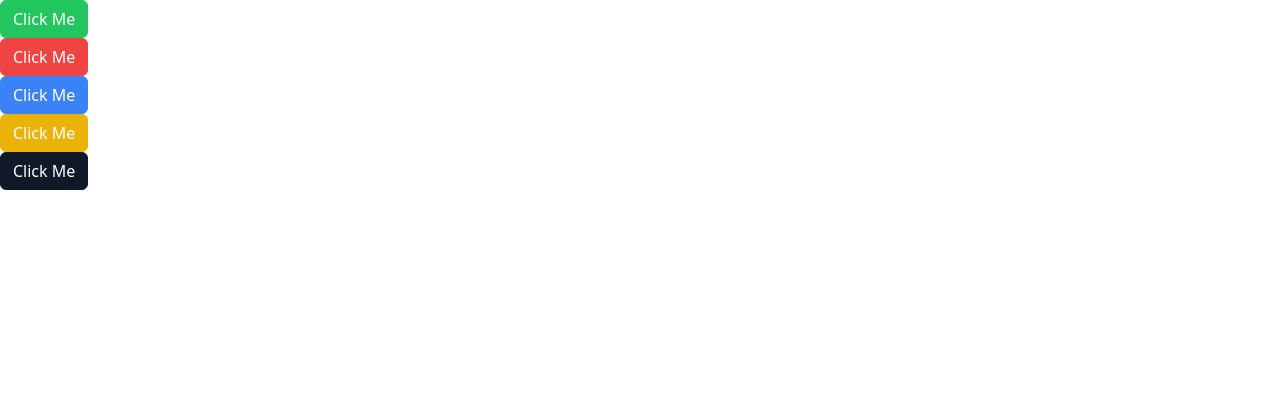
Repository: Marhamat92/reactroutefromstephen
Page: /
These files come from the project's save history. The page is drawn as it stood at one moment and after the next save; the edit follows.
The browser window is 1280 px wide. The pictures show the whole page.
The project was rebuilt for these pictures with package versions that can differ from the ones it lists, and the page was loaded fresh each time. Also part of the build but not shown: src/App.css.

Above is the page before, as saved 2022-12-21 15:31:31.

### src/App.tsx
import React from "react";
import "./App.css";
import Button from "./components/Buttons/Button";

function App() {
  return (
    <div>
      <div className='grid grid-cols-5'>
        <div className='col-span-5'>
          <Button rounded success>
            Click Me
          </Button>
          <Button rounded danger>
            Click Me
          </Button>
          <Button rounded primary>
            Click Me
          </Button>
          <Button rounded warning>
            Click Me
          </Button>
          <Button rounded secondary>
            Click Me
          </Button>
        </div>
      </div>
    </div>
  );
}

export default App;

### src/components/Buttons/Button.tsx
import React from "react";
import className from "classnames";

type Props = {
  children: React.ReactNode;
  primary?: boolean;
  secondary?: boolean;
  success?: boolean;
  danger?: boolean;
  warning?: boolean;
  rounded?: boolean;
  outline?: boolean;
  className?: string;
  medium?: boolean;
  large?: boolean;
  rest?: any;
};

function Button({
  children,
  primary,
  secondary,
  success,
  danger,
  warning,
  rounded,
  outline,
  medium,
  large,
  ...rest
}: Props) {
  const classes = className(
    rest.className,
    "flex items-center px-3 py-1.5 border",
    {
      "border-blue-500 bg-blue-500 text-white": primary,
      "border-gray-900 bg-gray-900 text-white": secondary,
      "border-green-500 bg-green-500 text-white": success,
      "border-red-500 bg-red-500 text-white": danger,
      "border-yellow-500 bg-yellow-500 text-white": warning,
      "px-8 py-2": medium,
      "px-12 py-3": large,
      "rounded-md": rounded,
      "bg-white": outline,
      "text-blue-500": outline && primary,
      "text-gray-900": outline && secondary,
      "text-green-500": outline && success,
      "text-red-600": outline && danger,
      "text-yellow-500": outline && warning,
    }
  );

  return (
    <button {...rest} className={classes}>
      {children}
    </button>
  );
}

export default Button;

Loaded but not shown: public/index.html (common file); src/index.tsx (common file); src/index.css (common file); tailwind.config.js (common file)

After the next save:
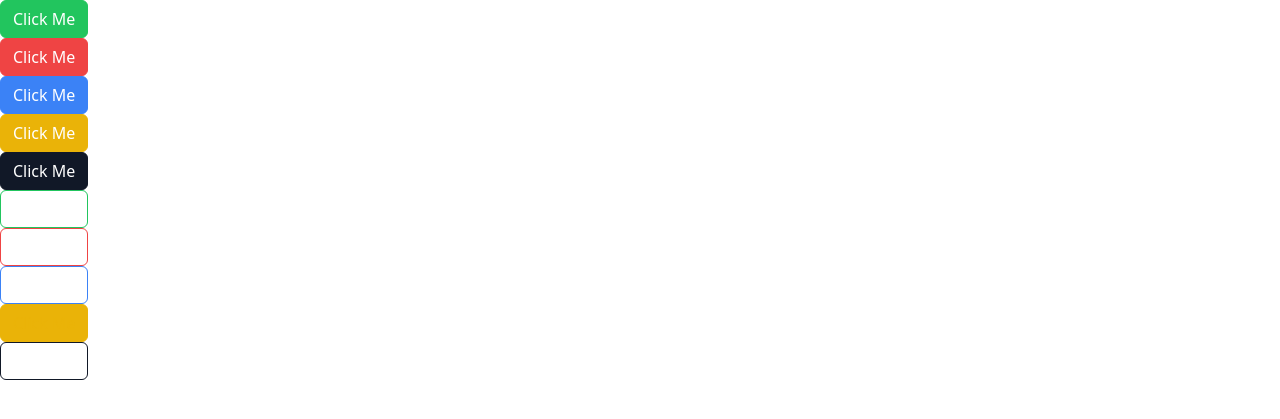
Saved 26 s later.
--- a/src/App.tsx
+++ b/src/App.tsx
@@ -23,6 +23,23 @@ function App() {
             Click Me
           </Button>
         </div>
+        <div className='col-span-5'>
+          <Button outline rounded success>
+            Click Me
+          </Button>
+          <Button outline rounded danger>
+            Click Me
+          </Button>
+          <Button outline rounded primary>
+            Click Me
+          </Button>
+          <Button outline rounded warning>
+            Click Me
+          </Button>
+          <Button outline rounded secondary>
+            Click Me
+          </Button>
+        </div>
       </div>
     </div>
   );
